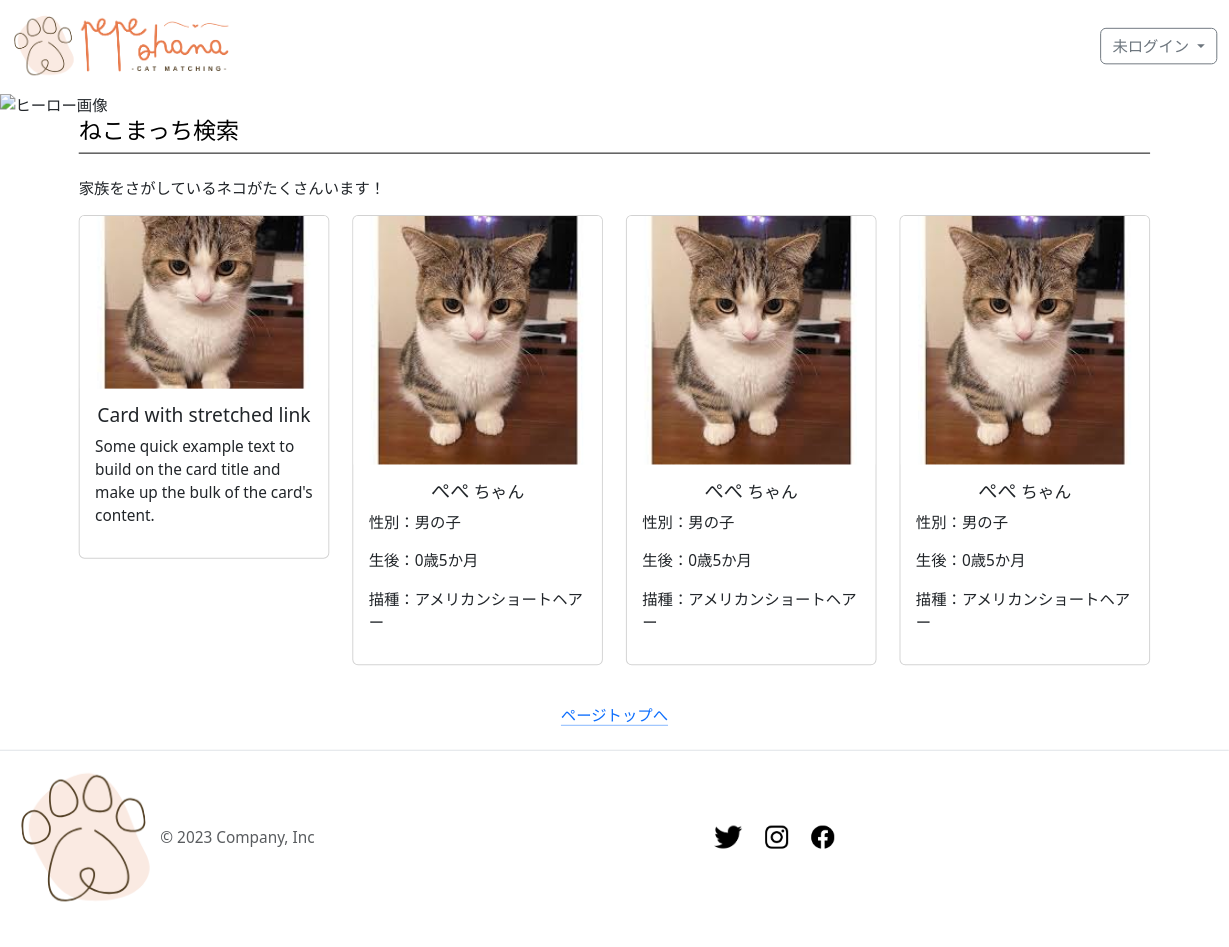
Repository: sakuwell/pepe
Page: http://localhost/PepeOhana/top.jsp
These files come from the project's save history. The page is drawn as it stood at one moment and after the next save; the edit follows.
The browser window is 1280 px wide. The pictures show the whole page, at 96% of full size.
The page is served by Tomcat 9.

Above is the page before, as saved 2023-09-06 01:39:02.

After the next save:
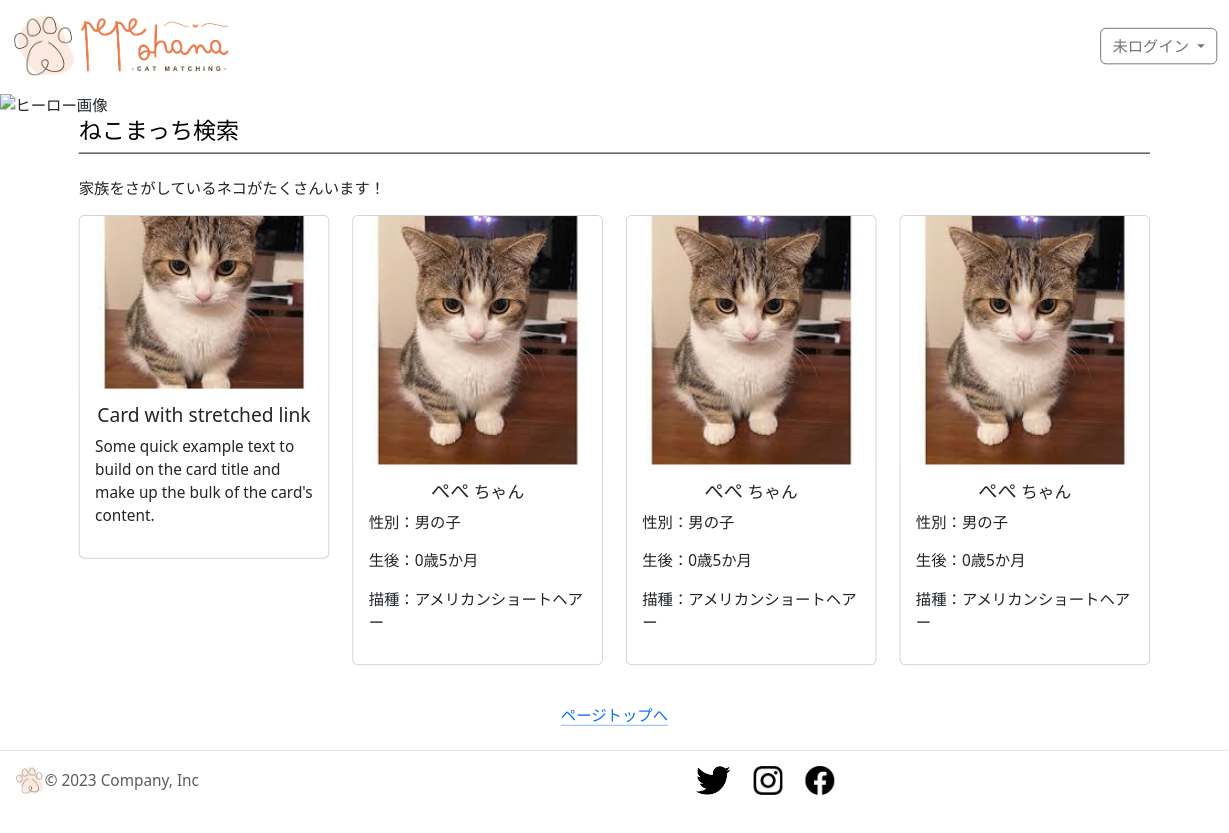
Saved 74 s later.
--- a/ExWorkSpace/PepeOhana/src/main/webapp/top.jsp
+++ b/ExWorkSpace/PepeOhana/src/main/webapp/top.jsp
@@ -155,14 +155,14 @@
     <footer class="d-flex flex-wrap justify-co
     ntent-between align-items-center py-3 my-4 border-top">
         <div class="col-md-4 d-flex align-items-center ms-3">
-        	<a><img alt="ロゴ画像" src="images/nikukyu_logo.png"></a>
+        	<a><img alt="ロゴ画像" src="images/nikukyu_logo.png" width="auto" height="30"></a>
           	<span class="mb-3 mb-md-0 text-body-secondary">© 2023 Company, Inc</span>
         </div>
 
         <ul class="nav col-md-4 justify-content-end list-unstyled d-flex me-3">
-            <li><a href="#"><img src=images/twitter_logo.png width="auto" height="24"></a></li>
-            <li class="ms-4"><a href="#"><img src=images/insta_logo.png width="auto" height="24"></a></li>
-            <li class="ms-4"><a href="#"><img src=images/facebook_logo.png width="auto" height="24"></a></li>
+            <li><a href="#"><img src=images/twitter_logo.png width="auto" height="30"></a></li>
+            <li class="ms-4"><a href="#"><img src=images/insta_logo.png width="auto" height="30"></a></li>
+            <li class="ms-4"><a href="#"><img src=images/facebook_logo.png width="auto" height="30"></a></li>
         </ul>
     </footer>
     <!-- フッター　ここまで -->
